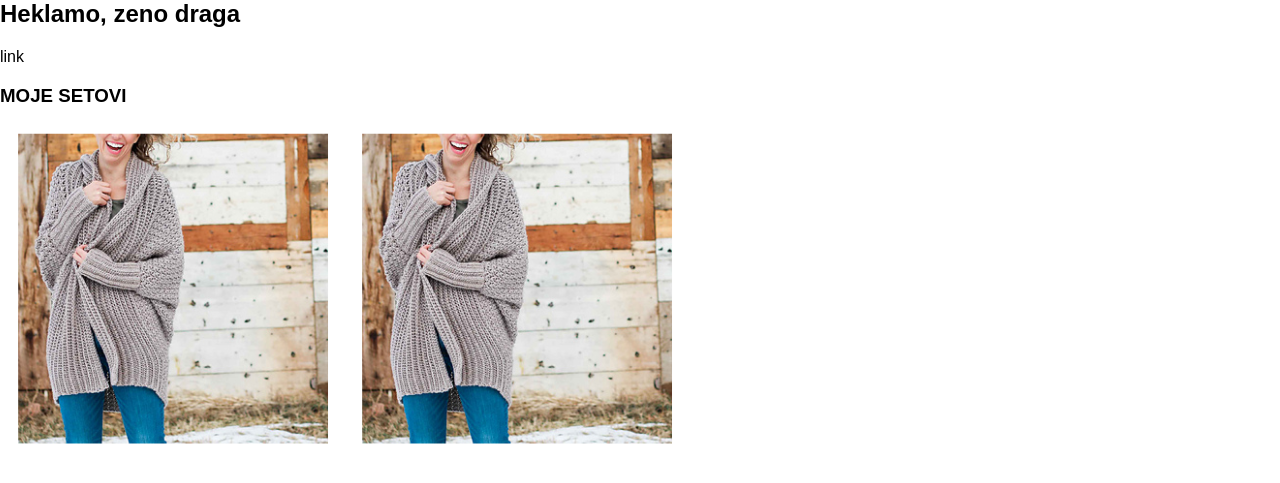
Repository: sdnc/Heklamo
Page: index.html
These files come from the project's save history. The page is drawn as it stood at one moment and after the next save; the edit follows.
The browser window is 1280 px wide. The pictures show the whole page.

Above is the page before, as saved 2020-12-24 13:04:51.

After the next save:
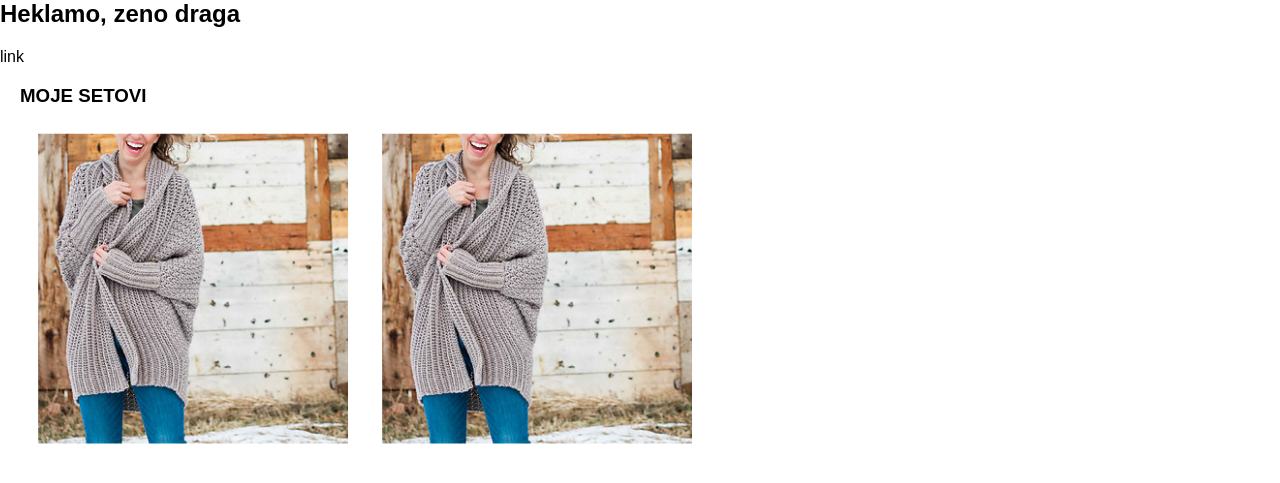
Saved 2 s later.
--- a/styles.css
+++ b/styles.css
@@ -4,7 +4,7 @@ body {
   font-family: sans-serif;
 }
 
-#cards {
+#sets {
   margin: auto;
   margin-left: 20px;
 }
